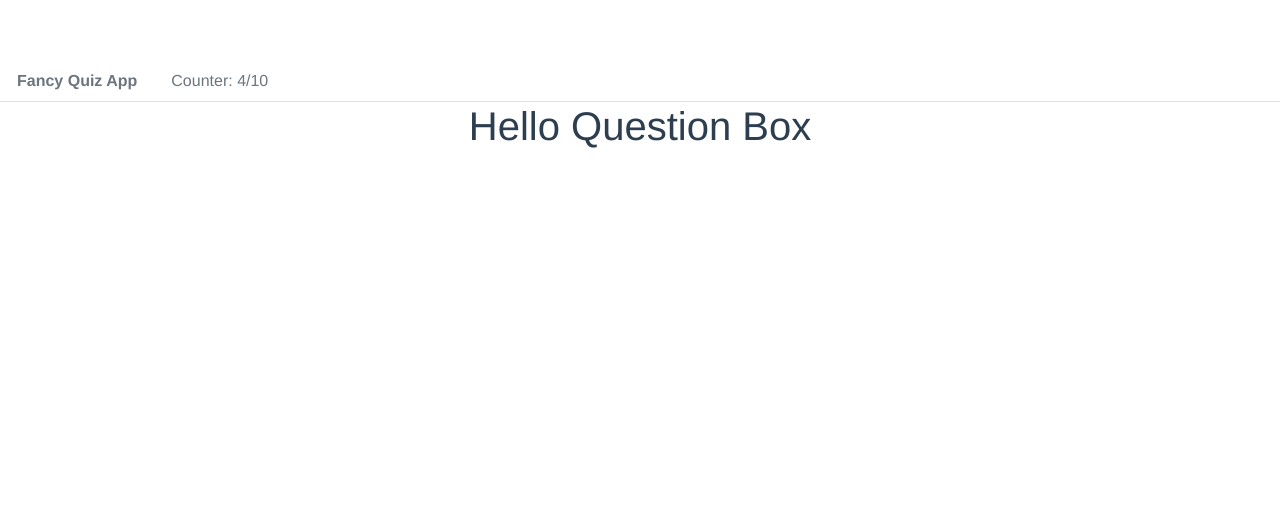
Repository: cacm96/Quiz
Page: /
An editor plug-in stored every save of this project. The page is shown before and after the next save, followed by the edit.
The browser window is 1280 px wide. The pictures show the whole page.
The project was rebuilt for these pictures with package versions that can differ from the ones it lists, and the page was loaded fresh each time.

Above is the page before, as saved 2021-04-25 22:55:40.

### src/main.js
import Vue from "vue";

import { BootstrapVue, IconsPlugin } from "bootstrap-vue";
import App from "./App.vue";
import "bootstrap/dist/css/bootstrap.css";
import "bootstrap-vue/dist/bootstrap-vue.css";
Vue.use(BootstrapVue);
Vue.use(IconsPlugin);

Vue.config.productionTip = false;

new Vue({
  render: (h) => h(App),
}).$mount("#app");

### src/App.vue
<template>
  <div id="app">
    <Header />
    <QuestionBox />
  </div>
</template>

<script>
import Header from "./components/Header.vue";
import QuestionBox from "./components/QuestionBox.vue";

export default {
  name: "App",
  components: {
    QuestionBox,
    Header,
  },
};
</script>

<style>
#app {
  font-family: Avenir, Helvetica, Arial, sans-serif;
  -webkit-font-smoothing: antialiased;
  -moz-osx-font-smoothing: grayscale;
  text-align: center;
  color: #2c3e50;
  margin-top: 60px;
}
</style>

### src/components/Header.vue
<template>
  <b-nav tabs>
    <b-nav-item disabled><b>Fancy Quiz App</b></b-nav-item>
    <b-nav-item disabled>Counter: 4/10</b-nav-item>
  </b-nav>
</template>

### src/components/QuestionBox.vue
<template>
  <h1>Hello Question Box</h1>
</template>

Loaded but not shown: public/index.html (common file)

After the next save:
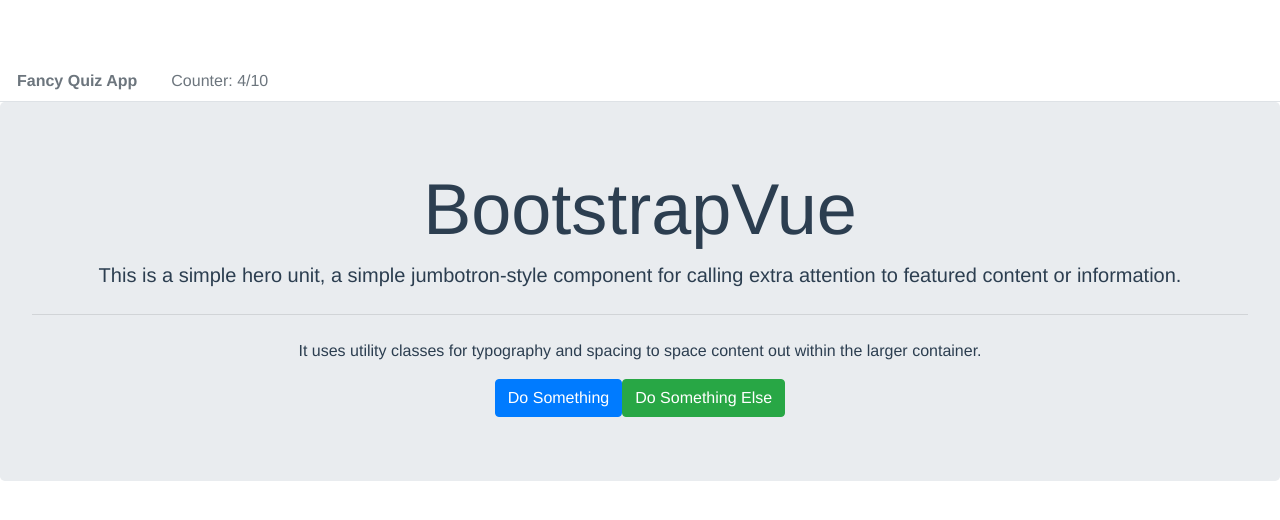
Saved 11 h 47 min later.
--- a/src/components/QuestionBox.vue
+++ b/src/components/QuestionBox.vue
@@ -1,3 +1,22 @@
 <template>
-  <h1>Hello Question Box</h1>
+  <div class="question-box-container">
+    <b-jumbotron>
+      <template #header>BootstrapVue</template>
+
+      <template #lead>
+        This is a simple hero unit, a simple jumbotron-style component for
+        calling extra attention to featured content or information.
+      </template>
+
+      <hr class="my-4" />
+
+      <p>
+        It uses utility classes for typography and spacing to space content out
+        within the larger container.
+      </p>
+
+      <b-button variant="primary" href="#">Do Something</b-button>
+      <b-button variant="success" href="#">Do Something Else</b-button>
+    </b-jumbotron>
+  </div>
 </template>
